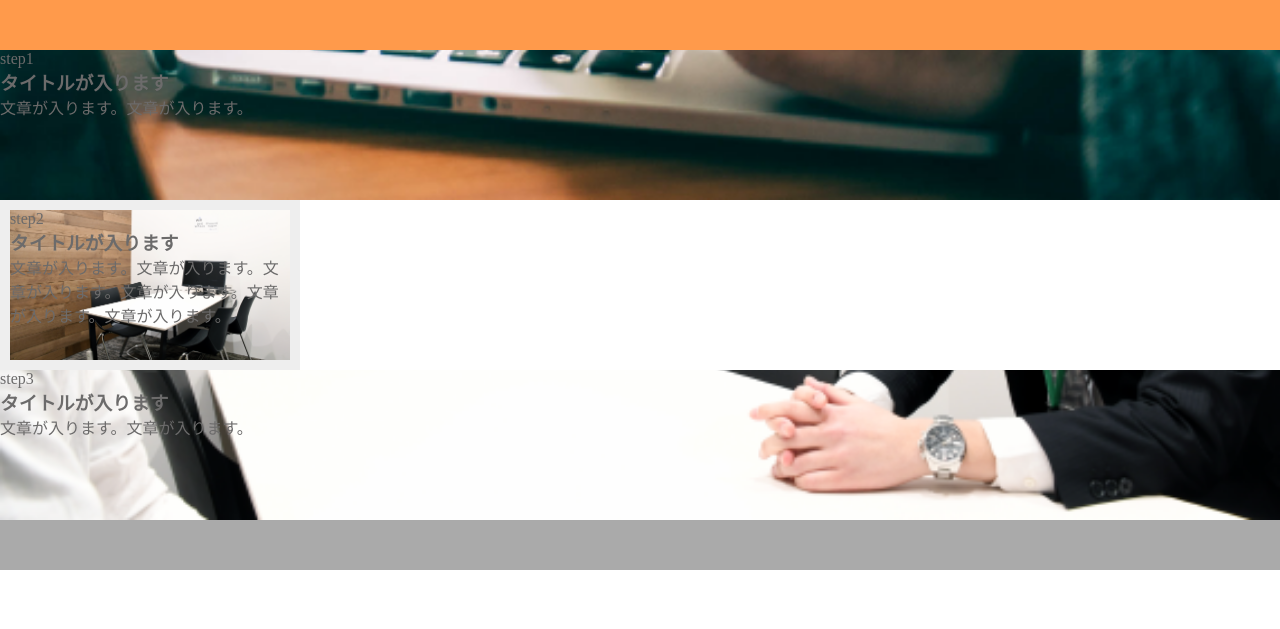
Repository: Yuki-Kawagoe/chapter4
Page: chapter9/index.html
The author's editor kept a record of every edit. The page is drawn from the files as they stood at one moment, then again after the next edit.
The browser window is 1280 px wide. The pictures show the whole page.

Above is the page before.

### chapter9/index.html
<!DOCTYPE html>
 <html lang="ja">
 <head>
  <meta charset="UTF-8">
  <link rel="stylesheet" href="style.css" />
  <title>Chapter9</title>
 </head>

 <body>
   <header></header>


   <main>
    <div class="step-box1">
      <div class="step-img1">
       <span class="step-num">step1</span>
        <h3 class="box-title">タイトルが入ります</h3>
          <p class="box-text">文章が入ります。文章が入ります。</p>
      </div>
    </div>

    <div class="step-box">
      <div class="step-img2">
       <span class="step-num">step2</span>
        <h3 class="box-title">タイトルが入ります</h3>
          <p class="box-text">文章が入ります。文章が入ります。文章が入ります。文章が入ります。文章が入ります。文章が入ります。</p>
      </div>
    </div>

    <div class="step-box3">
      <div class="step-img3">
       <span class="step-num">step3</span>
        <h3 class="box-title">タイトルが入ります</h3>
          <p class="box-text">文章が入ります。文章が入ります。</p>
      </div>
    </div>




   </main>


   <footer></footer>

 </body>

### chapter9/style.css
* {
  margin: 0px;
  padding: 0px;
  box-sizing: border-box;
  color: #6c6b6b;
}

header {
  height: 50px;
  background-color: #FF9A4B
}

.main {
  width: 960px;
  margin: 50px auto;
  display: flex;

}

.step-box {
  width: 300px;
  padding: 10px;
  margin-right: 30px;
  background-color: #EEEEEE;
  position: relative;
}

.step-img1 {
  height: 150px;
  background-image: url(img/flow01.png);
  background-position: bottom;
  background-size: cover;
}

.step-img2 {
  height: 150px;
  background-image: url(img/flow02.png);
  background-position: bottom;
  background-size: cover;
}


.step-img3 {
  height: 150px;
  background-image: url(img/flow03.png);
  background-position:bottom;
  background-size:cover;
}

.stem-num {
  position: absolute;
  top:0;
  left:0;
  background-color: #ff9a4b;
  color: #fff;
}

.main-title {
  margin-top: 15px;
  margin-bottom: 5px;
}

.sub {
  background-color: #FF9A4B;
  color: white;
  height: 20px;
  width: 30px;
}

footer {
  width: 100%;
  height: 50px;
  background-color: #AAAAAA
}

After the next edit:
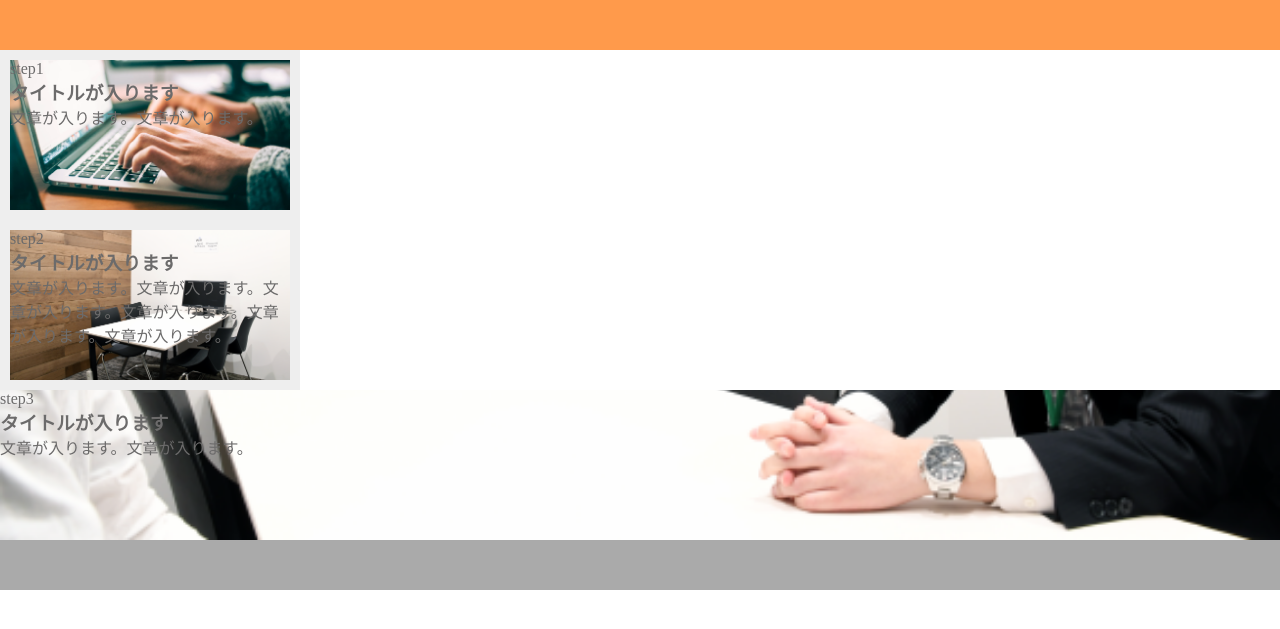
The edit:
--- a/chapter9/index.html
+++ b/chapter9/index.html
@@ -11,7 +11,7 @@
 
 
    <main>
-    <div class="step-box1">
+    <div class="step-box">
       <div class="step-img1">
        <span class="step-num">step1</span>
         <h3 class="box-title">タイトルが入ります</h3>
